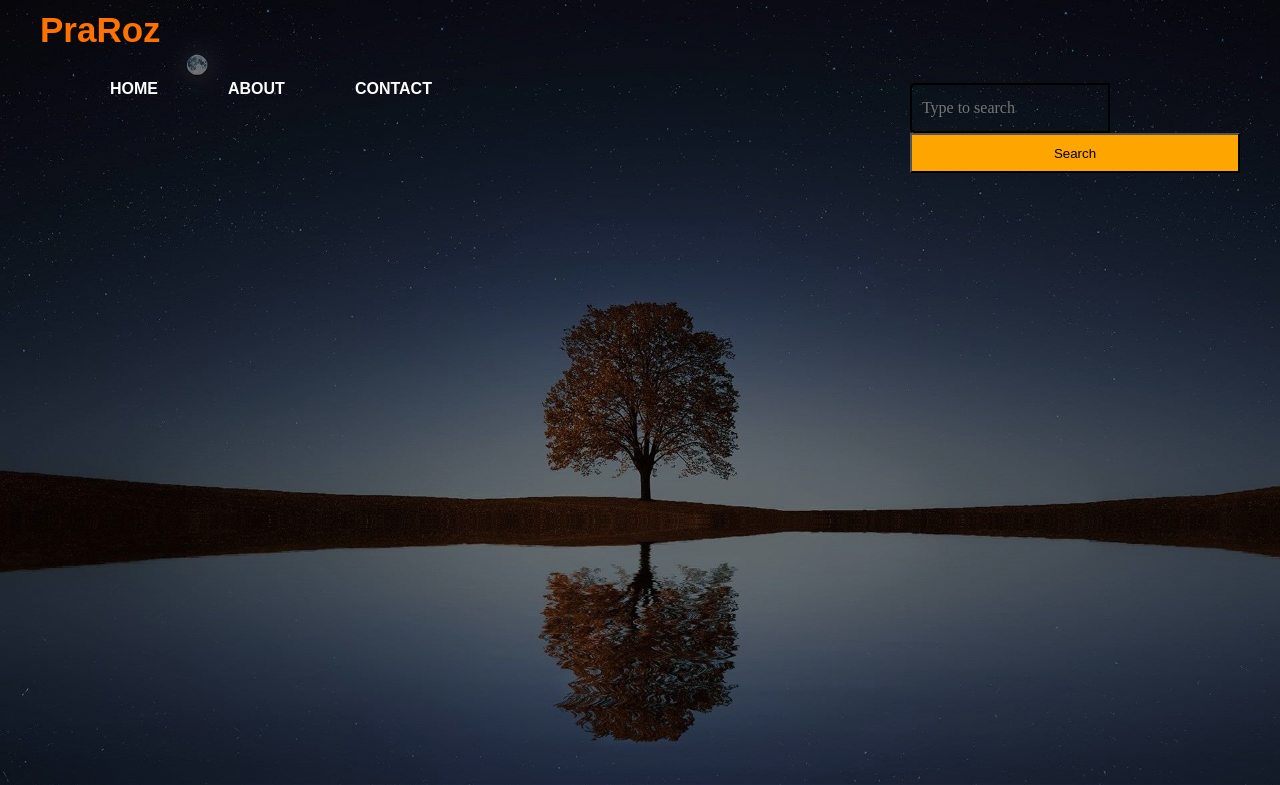
Repository: Cedrqmwesigwa/web-design-course
Page: index.html
An editor plug-in stored every save of this project. The page is shown before and after a run of saves, followed by the edit.
The browser window is 1280 px wide. The pictures show the whole page.

Above is the page before, as saved 2024-04-03 20:13:03.

### index.html
<!DOCTYPE html>
<html lang="en">
<head>
    <title>My Website</title>
    <link rel="stylesheet" href="style.css"/>
</head>
<body>
    <div class="main">
        <div class="navbar">
            <div class="icon">
                <h2 class="logo">PraRoz</h2>
            </div>
            <div class="menu">
                <ul>
                    <li><a href="#">HOME</a></li>
                    <li><a href="#">ABOUT</a></li>
                    <li><a href="#">CONTACT</a></li>
                </ul>
            </div>
            <div class="search">
                <input type="search" class="srch" name="" placeholder="Type to search">
                <a href="#"><button class="btn">Search</button></a>
            </i></div>
        </div>
    </div>


</body>
</html>

### style.css
*{
    margin: 0;
    padding: 0;
}

.main{
    width: 100% ;
    background: linear-gradient(to top, rgba(0,0,0,0.5)50%, rgba(0, 0, 0, 0.5)50%), url(1.jpg);
    background-position: center;
    background-size: cover;
    height: 109vh;
}

.navbar{
    width: 1200px;
    height: 75px;
    margin:  auto;
}

.icon{
    width: 200px;
    font: left;
    height: 70px;
}

.logo {
    color: #ff7200;
    font-size: 35px;
    font-family: Arial;
    float: left;
    padding-top: 10px;
}

.menu{
    width: 400px;
    float: left;
    height: 70px;
}

ul{
    float: left;
    display: flex;
    justify-content: center;
    align-items: center;
}

ul li{
    list-style: none;
    margin-left: 70px;
    margin-top: 10px;
    font-size: 16px;
}

ul li a{
    text-decoration: none;
    color: white;
    font-family: Arial;
    font-weight: bold;
    transition: .4 ease-in-out;
}

ul li a:hover{
    color:#ff7200
}

.search{
    width: 330px;
    float: right;
    margin-left: 100px;
}

.srch{
    font-family: "Times New Roman";
    width: 200px;
    height: 50px;
    padding: 3%;
    background: transparent;
    border-top: 5px;
    border-bottom-left-radius: 5px;
    border-top-left-radius: 5px;
    font-size: 16px;
    color: white;
    margin-top:13px;
    border: 2px solid  #000;
}

.btn{
    width:100%;
    height: 40px;
    background: orange;

}

.btn:focus{
    outline: none;
}
.srch:focus{
    outline:none;
}

After the next 2 saves:
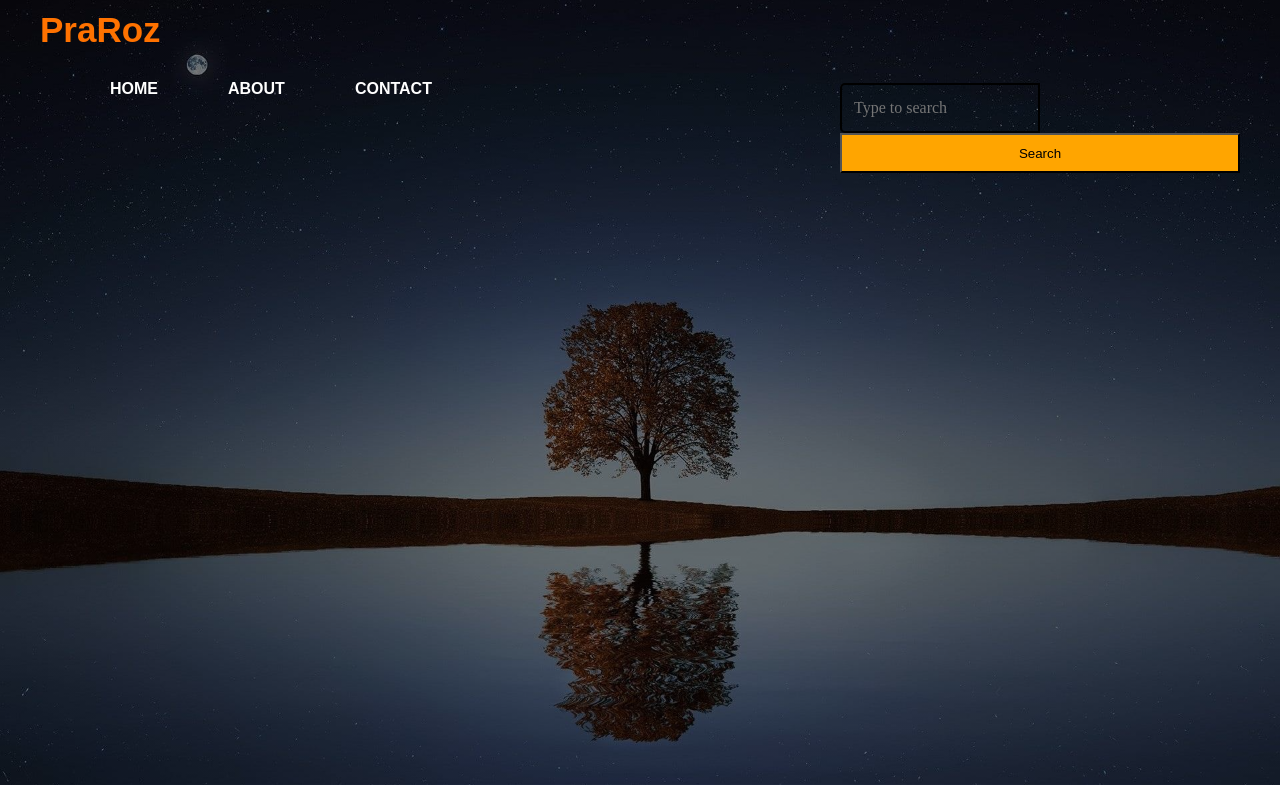
The 2 saves are shown as one change because they came seconds apart.
The last was saved 17 s later.
--- a/style.css
+++ b/style.css
@@ -64,7 +64,7 @@ ul li a:hover{
 }
 
 .search{
-    width: 330px;
+    width: 400px;
     float: right;
     margin-left: 100px;
 }
